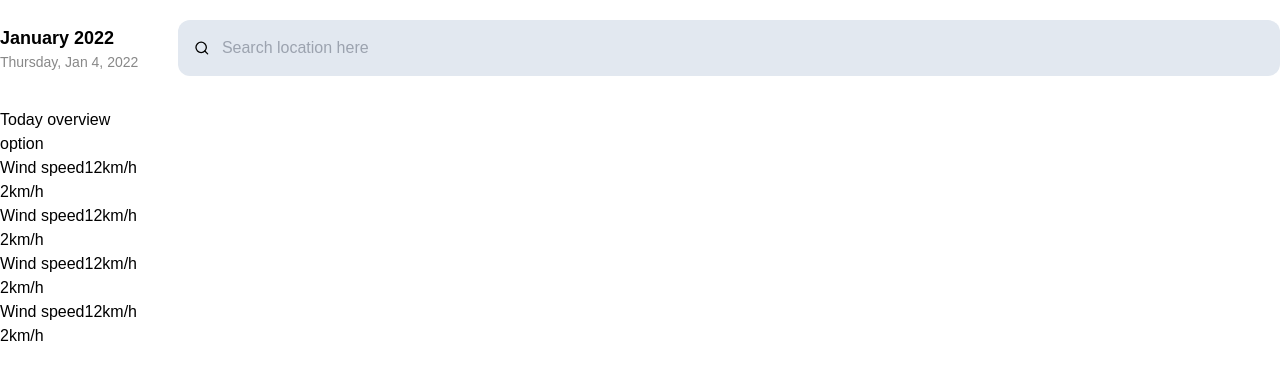
Repository: theweirdboiz/datawarehouse-ui
Page: /
An editor plug-in stored every save of this project. The page is shown before and after the next save, followed by the edit.
The browser window is 1280 px wide. The pictures show the whole page.
The project was rebuilt for these pictures with package versions that can differ from the ones it lists, and the page was loaded fresh each time. Also part of the build but not shown: vite.config.js.

Above is the page before, as saved 2022-11-23 16:09:33.

After the next save:
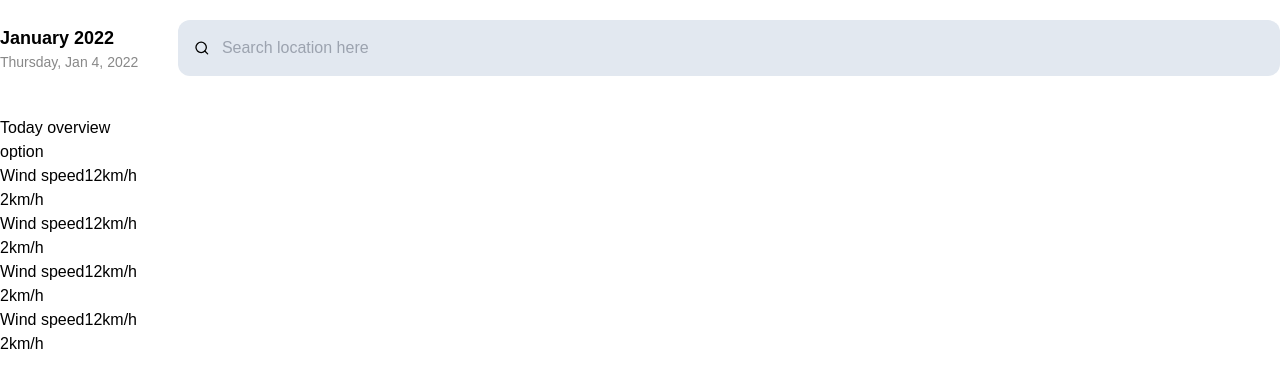
Saved 6 s later.
--- a/src/App.jsx
+++ b/src/App.jsx
@@ -8,7 +8,7 @@ function App() {
     <div className="container mx-auto">
       <div className="">
         <section className="content">
-          <div className="mt-[20px] flex items-center gap-x-10 mb-8">
+          <div className="mt-[20px] flex items-center gap-x-10 mb-10">
             <div className="flex-col">
               <h3 className={date}>January 2022</h3>
               <div className={detailDate}>Thursday, Jan 4, 2022</div>
